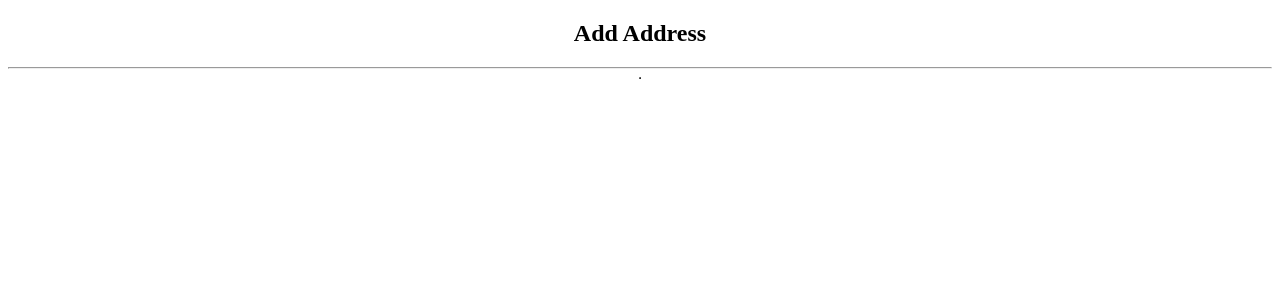
Repository: HyeonbinSa/JSPBook
Page: jspbook/WebContent/address/addr_form.html
An editor plug-in stored every save of this project. The page is shown before and after the next save, followed by the edit.
The browser window is 1280 px wide. The pictures show the whole page.

Above is the page before, as saved 2020-01-03 12:35:44.

After the next save:
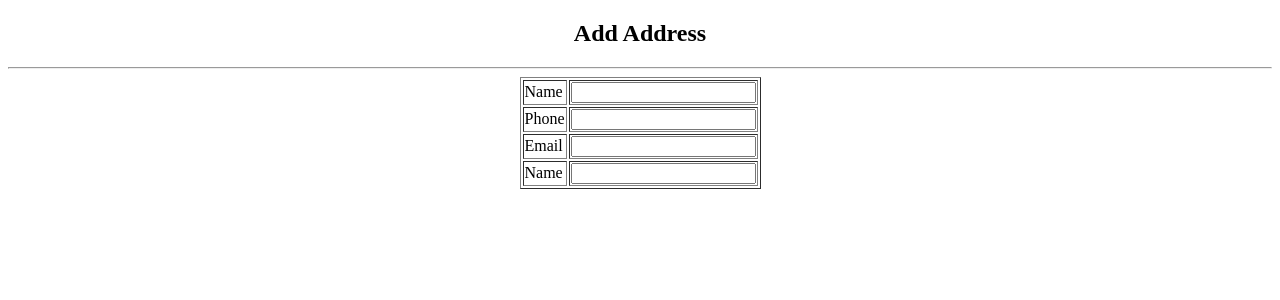
Saved 103 s later.
--- a/jspbook/WebContent/address/addr_form.html
+++ b/jspbook/WebContent/address/addr_form.html
@@ -9,7 +9,22 @@
 <h2>Add Address</h2>
 <hr>
 <table border="1">
-
+<tr>
+<td>Name</td>
+<td><input type="text" name="name"></td>
+</tr>
+<tr>
+<td>Phone</td>
+<td><input type="text" name="phone"></td>
+</tr>
+<tr>
+<td>Email</td>
+<td><input type="text" name="email"></td>
+</tr>
+<tr>
+<td>Name</td>
+<td><input type="text" name="name"></td>
+</tr>
 </table>
 </div>
 
